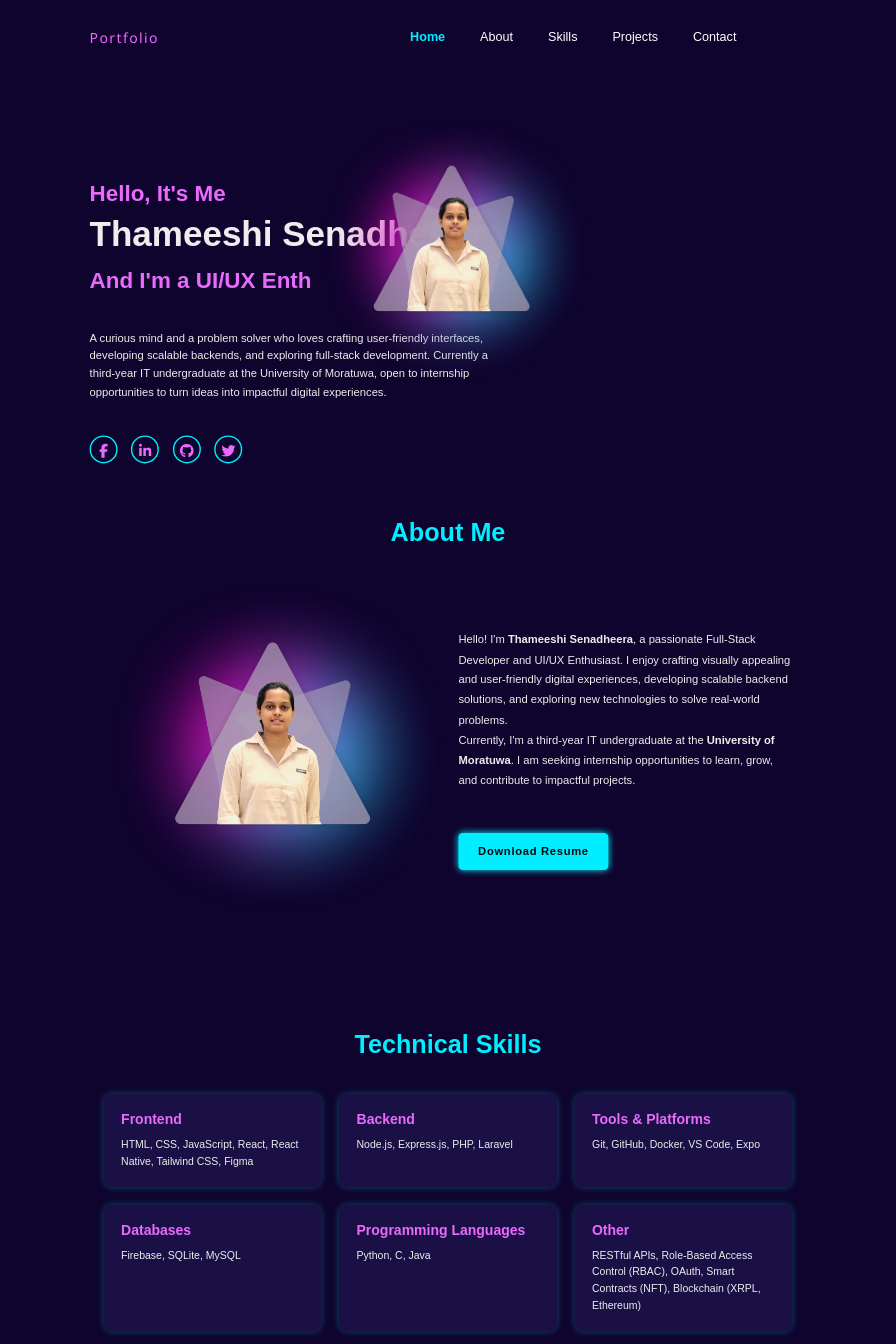
Repository: Thameeshi/portfolio-website
Page: http://localhost/
These files come from the project's save history. The page is drawn as it stood at one moment and after the next save; the edit follows.
The browser window is 1280 px wide. The pictures show the part of the page from y = 0 to 1920 px (the page is 3616 px tall), at 70% of full size.
Some web libraries are served in a nearby version. The page is served by the project's Node server (server.js).

Above is the page before, as saved 2025-09-10 11:01:38.

### public/css/style.css
/* Reset */
* {
    margin: 0;
    padding: 0;
    box-sizing: border-box;
    font-family: 'Poppins', sans-serif;
}

/* Body */
body {
    background: #0F042D;
    color: #ededed;
    scroll-behavior: smooth;
    overflow-x: hidden;
}

/* Header */
.header {
    position: fixed;
    top: 0;
    left: 0;
    width: 100%;
    padding: 40px 10%;
    display: flex;
    justify-content: space-between;
    align-items: center;
    z-index: 100;
    transition: background 0.3s ease-in-out;
}

.logo {
    font-size: 20px;
    color: #E96AFD;
    text-decoration: none;
    font-weight: 550;
    letter-spacing: 2px;
    font-family: 'Segoe UI', Tahoma, Geneva, Verdana, sans-serif;
    transition: transform 0.3s ease;
}
.logo:hover { transform: scale(1.1) rotate(-3deg); }

.navbar {
    display: flex;
    align-items: center;
    margin-right: 100px;
}
.navbar a {
    display: inline-block;
    font-size: 18px;
    color: #fff;
    text-decoration: none;
    font-weight: 500;
    margin-left: 50px;
    position: relative;
    transition: color 0.3s ease;
}
.navbar a::after {
    content: '';
    position: absolute;
    left: 0;
    bottom: -5px;
    width: 0;
    height: 2px;
    background: #0ef;
    transition: width 0.3s;
}
.navbar a:hover { color: #0ef; }
.navbar a:hover::after { width: 100%; }
.navbar a.active { color: #0ef; font-weight: 700; }

/* Home Section */
.home {
    display: flex;
    align-items: center;
    justify-content: space-between;
    padding: 50px 10%;
    height: 100vh;
    gap: 50px;
}

.home-content {
    flex: 1;
    max-width: 600px;
    animation: fadeIn 2s ease-in-out;
    margin-top: 200px;
}
.home-content h3 { font-size: 32px; font-weight: 700; color: #E96AFD; margin-bottom: 10px; animation: slideInLeft 1s ease; }
.home-content h1 { font-size: 50px; font-weight: 800; margin-bottom: 20px; animation: slideInRight 1.2s ease; }
.home-content p { line-height: 1.6; font-size: 16px; margin-bottom: 25px; margin-top:50px;animation: fadeInUp 1.5s ease; }

.btn-box {
    display: inline-block;
    padding: 12px 28px;
    background: #0ef;
    border-radius: 6px;
    font-size: 16px;
    color: #0a0a0a;
    font-weight: 600;
    letter-spacing: 1px;
    text-decoration: none;
    transition: 0.3s;
    box-shadow: 0 0 10px #0ef;
}
.btn-box:hover {
    background: #0c9;
    box-shadow: 0 0 20px #0ef, 0 0 40px #0ef;
    transform: scale(1.05);
}

/* Social Links */
.home-sci { margin-top: 50px; }
.home-sci a {
    display: inline-block;
    width: 40px;
    height: 40px;
    border: 2px solid #0ef;
    border-radius: 50%;
    font-size: 20px;
    color: #E96AFD;
    text-align: center;
    line-height: 40px;
    margin-right: 15px;
    transition: 0.4s;
}
.home-sci a:hover {
    background: #E96AFD;
    color: #0a0a0a;
    box-shadow: 0 0 20px #E96AFD;
}

/* Image next to home-content */
.image {
    flex: 1;
    max-width: 400px;
    animation: float 3s ease-in-out infinite;
}
.image img {
    width: 200%;
    height: auto;
    margin-left: -300px;
}

/* Float animation */
@keyframes float {
    0%, 100% { transform: translateY(0); }
    50% { transform: translateY(-10px); }
}

/* About Section */
.about {
    padding: 70px 10%;
    color: #ededed;
    margin-top: -100px;
}
.about h2 { font-size: 36px; font-weight: 700; color: #0ef; margin-bottom: 40px; text-align: center; margin-top: 100px; }

.download { margin-top: 40px; }

.about-content {
    display: flex;
    align-items: center;
    justify-content: space-between;
    flex-wrap: wrap;
    gap: 30px;
    flex-direction: row-reverse;
}
.container { max-width: 1200px; margin: 0 auto; padding: 0 20px; margin-top: -50px; }
.about-text { flex: 1; min-width: 300px; font-size: 16px; line-height: 1.8; }
.about-text .btn-box { margin-top: 20px; }
.about-image { flex: 1; min-width: 400px; text-align: center; }
.about-image img { max-width: 500px; border-radius: 10px; }

/* Skills Section */
.skills {
    padding: 80px 10%;
    margin-top: 50px;
}
.skills h2 {
    font-size: 36px;
    font-weight: 700;
    color: #0ef;
    margin-bottom: 50px;
    text-align: center;
}
.skills-grid {
    display: grid;
    grid-template-columns: repeat(auto-fit, minmax(250px, 1fr));
    gap: 25px;
}
.skill-card {
    background: #1b1045;
    padding: 25px;
    border-radius: 12px;
    box-shadow: 0 0 10px rgba(14, 239, 255, 0.3);
    transition: transform 0.3s ease, box-shadow 0.3s ease;
}
.skill-card:hover {
    transform: translateY(-8px);
    box-shadow: 0 0 20px #0ef;
}
.skill-card h3 {
    font-size: 20px;
    color: #E96AFD;
    margin-bottom: 12px;
}
.skill-card p {
    font-size: 15px;
    line-height: 1.6;
    color: #ededed;
}

/* Projects Section */
.projects {
    padding: 80px 10%;
    margin-top: 50px;
}

.projects h2 {
    font-size: 36px;
    font-weight: 700;
    color: #0ef;
    margin-bottom: 50px;
    text-align: center;
}

.project-showcase {
    display: flex;
    justify-content: center;
    max-width: 1000px;
    margin: 0 auto;
}

.project-card {
    background: #1b1045;
    border-radius: 20px;
    overflow: hidden;
    box-shadow: 0 0 30px rgba(14, 239, 255, 0.2);
    transition: transform 0.3s ease, box-shadow 0.3s ease;
    width: 100%;
    display: flex;
    min-height: 500px;
}

.project-card:hover {
    transform: translateY(-5px);
    box-shadow: 0 0 40px rgba(14, 239, 255, 0.4);
}

.project-image-container {
    position: relative;
    flex: 1;
    overflow: hidden;
}

.project-images {
    position: relative;
    height: 100%;
    width: 100%;
}

.project-img {
    position: absolute;
    top: 0;
    left: 0;
    width: 100%;
    height: 100%;
    object-fit: cover;
    opacity: 0;
    transition: opacity 0.5s ease-in-out;
}

.project-img.active {
    opacity: 1;
}

.image-nav {
    position: absolute;
    bottom: 20px;
    left: 50%;
    transform: translateX(-50%);
    display: flex;
    gap: 10px;
    z-index: 3;
}

.nav-dot {
    width: 12px;
    height: 12px;
    border-radius: 50%;
    border: 2px solid rgba(255, 255, 255, 0.6);
    background: transparent;
    cursor: pointer;
    transition: all 0.3s ease;
}

.nav-dot:hover,
.nav-dot.active {
    background: #0ef;
    border-color: #0ef;
    transform: scale(1.2);
}

.project-overlay {
    position: absolute;
    top: 0;
    left: 0;
    right: 0;
    bottom: 0;
    background: linear-gradient(135deg, rgba(14, 239, 255, 0.8), rgba(233, 106, 253, 0.8));
    display: flex;
    align-items: center;
    justify-content: center;
    opacity: 0;
    transition: opacity 0.3s ease;
    z-index: 2;
}

.project-card:hover .project-overlay {
    opacity: 1;
}

.project-links {
    display: flex;
    gap: 20px;
}

.project-link {
    width: 60px;
    height: 60px;
    background: rgba(255, 255, 255, 0.2);
    border-radius: 50%;
    display: flex;
    align-items: center;
    justify-content: center;
    color: #fff;
    font-size: 24px;
    text-decoration: none;
    backdrop-filter: blur(10px);
    border: 2px solid rgba(255, 255, 255, 0.3);
    transition: all 0.3s ease;
}

.project-link:hover {
    background: rgba(255, 255, 255, 0.3);
    transform: scale(1.1);
    border-color: rgba(255, 255, 255, 0.6);
}

.project-info {
    flex: 1;
    padding: 40px;
    display: flex;
    flex-direction: column;
    justify-content: center;
}

.project-info h3 {
    font-size: 28px;
    color: #E96AFD;
    margin-bottom: 20px;
    font-weight: 700;
}

.project-info p {
    font-size: 16px;
    line-height: 1.7;
    color: #ededed;
    margin-bottom: 25px;
}

.project-features {
    display: grid;
    grid-template-columns: 1fr 1fr;
    gap: 15px;
    margin-bottom: 25px;
}

.feature {
    display: flex;
    align-items: center;
    gap: 8px;
    font-size: 14px;
    color: #ededed;
}

.feature i {
    color: #0ef;
    font-size: 16px;
}

.project-tech {
    display: flex;
    flex-wrap: wrap;
    gap: 10px;
}

.project-tech span {
    background: linear-gradient(135deg, #0ef, #E96AFD);
    color: #0a0a0a;
    padding: 8px 16px;
    border-radius: 25px;
    font-size: 13px;
    font-weight: 600;
    letter-spacing: 0.5px;
}

/* Responsive */
@media (max-width: 768px) {
    .projects {
        padding: 60px 5%;
    }

    .project-card {
        flex-direction: column;
        min-height: auto;
    }

    .project-image-container {
        height: 300px;
    }

    .project-info {
        padding: 30px 25px;
    }

    .project-info h3 {
        font-size: 24px;
    }

    .project-info p {
        font-size: 15px;
    }

    .project-features {
        grid-template-columns: 1fr;
        gap: 10px;
    }

    .project-links {
        gap: 15px;
    }

    .project-link {
        width: 50px;
        height: 50px;
        font-size: 20px;
    }
}

/* Add these styles to your existing stylesheet.css file */

/* Contact Section */
.contact {
    padding: 80px 10%;
    margin-top: 50px;
}

.contact h2 {
    font-size: 36px;
    font-weight: 700;
    color: #0ef;
    margin-bottom: 20px;
    text-align: center;
}

.contact > p {
    text-align: center;
    font-size: 18px;
    color: #ededed;
    margin-bottom: 50px;
    opacity: 0.8;
}

.contact-content {
    display: grid;
    grid-template-columns: 1fr 1fr;
    gap: 60px;
    max-width: 1200px;
    margin: 0 auto;
    align-items: start;
}

.contact-info {
    display: flex;
    flex-direction: column;
    gap: 30px;
}

.contact-item {
    background: #1b1045;
    padding: 25px;
    border-radius: 15px;
    text-align: center;
    transition: transform 0.3s ease, box-shadow 0.3s ease;
    border: 1px solid rgba(14, 239, 255, 0.1);
}

.contact-item:hover {
    transform: translateY(-5px);
    box-shadow: 0 10px 30px rgba(14, 239, 255, 0.2);
}

.contact-item i {
    font-size: 28px;
    color: #0ef;
    margin-bottom: 15px;
}

.contact-item h3 {
    font-size: 20px;
    color: #E96AFD;
    margin-bottom: 10px;
    font-weight: 600;
}

.contact-item p {
    color: #ededed;
    font-size: 16px;
}

.contact-form {
    background: #1b1045;
    padding: 40px;
    border-radius: 20px;
    box-shadow: 0 0 20px rgba(14, 239, 255, 0.1);
    border: 1px solid rgba(14, 239, 255, 0.1);
}

.form-group {
    margin-bottom: 25px;
}

.form-group input,
.form-group textarea {
    width: 100%;
    padding: 15px 20px;
    background: rgba(15, 4, 45, 0.8);
    border: 2px solid rgba(14, 239, 255, 0.2);
    border-radius: 10px;
    color: #ededed;
    font-size: 16px;
    font-family: 'Poppins', sans-serif;
    transition: all 0.3s ease;
    resize: vertical;
}

.form-group input:focus,
.form-group textarea:focus {
    outline: none;
    border-color: #0ef;
    box-shadow: 0 0 0 3px rgba(14, 239, 255, 0.1);
    transform: translateY(-2px);
}

.form-group input::placeholder,
.form-group textarea::placeholder {
    color: rgba(237, 237, 237, 0.6);
}

.form-group textarea {
    min-height: 120px;
    max-height: 200px;
}

.contact-form .btn-box {
    width: 100%;
    padding: 15px;
    font-size: 18px;
    margin-top: 10px;
    position: relative;
    overflow: hidden;
}

.contact-form .btn-box:hover {
    transform: translateY(-2px);
}

.contact-form .btn-box:active {
    transform: translateY(0);
}

/* Footer */
.footer {
    background: #1b1045;
    padding: 30px 10%;
    text-align: center;
    margin-top: 50px;
    border-top: 1px solid rgba(14, 239, 255, 0.1);
}

.footer p {
    color: #ededed;
    font-size: 14px;
    opacity: 0.8;
}

/* Enhanced responsive design */
@media (max-width: 768px) {
    .contact {
        padding: 60px 5%;
    }

    .contact-content {
        grid-template-columns: 1fr;
        gap: 40px;
    }

    .contact-form {
        padding: 25px 20px;
    }

    .form-group input,
    .form-group textarea {
        padding: 12px 15px;
        font-size: 14px;
    }

    .contact h2 {
        font-size: 28px;
    }

    .contact > p {
        font-size: 16px;
    }

    .contact-item {
        padding: 20px;
    }

    .contact-item i {
        font-size: 24px;
    }

    .contact-item h3 {
        font-size: 18px;
    }
}

@media (max-width: 480px) {
    .contact-form {
        padding: 20px 15px;
    }

    .form-group {
        margin-bottom: 20px;
    }

    .contact-info {
        gap: 20px;
    }

    .contact-item {
        padding: 15px;
    }
}

/* Additional animations */
@keyframes slideInLeft {
    from {
        transform: translateX(-50px);
        opacity: 0;
    }
    to {
        transform: translateX(0);
        opacity: 1;
    }
}

@keyframes slideInRight {
    from {
        transform: translateX(50px);
        opacity: 0;
    }
    to {
        transform: translateX(0);
        opacity: 1;
    }
}

/* Performance optimizations */
* {
    box-sizing: border-box;
}

img {
    max-width: 100%;
    height: auto;
}

/* Smooth transitions for better UX */
a, button {
    transition: all 0.3s ease;
}

/* Focus styles for accessibility */
a:focus,
button:focus,
input:focus,
textarea:focus {
    outline: 2px solid #0ef;
    outline-offset: 2px;
}

/* High contrast mode support */
@media (prefers-contrast: high) {
    .skill-card,
    .project-card,
    .contact-item,
    .contact-form {
        border: 2px solid #0ef;
    }
}

/* Reduced motion support */
@media (prefers-reduced-motion: reduce) {
    *,
    *::before,
    *::after {
        animation-duration: 0.01ms !important;
        animation-iteration-count: 1 !important;
        transition-duration: 0.01ms !important;
    }
}

/* Print styles */
@media print {
    .header,
    .contact-form,
    .project-overlay,
    .hamburger {
        display: none !important;
    }

    body {
        background: white !important;
        color: black !important;
    }

    .home,
    .about,
    .skills,
    .projects {
        page-break-inside: avoid;
        margin-bottom: 20px;
    }
}

/* Keyframe Animations */
@keyframes fadeIn { from { opacity: 0; } to { opacity: 1; } }
@keyframes slideInLeft { from { transform: translateX(-50px); opacity: 0; } to { transform: translateX(0); opacity: 1; } }
@keyframes slideInRight { from { transform: translateX(50px); opacity: 0; } to { transform: translateX(0); opacity: 1; } }
@keyframes fadeInUp { from { transform: translateY(30px); opacity: 0; } to { transform: translateY(0); opacity: 1; } }

/* Responsive */
@media (max-width: 768px) {
    .home {
        flex-direction: column;
        text-align: center;
        padding: 100px 5% 0;
        gap: 30px;
    }
    .home-content h1 { font-size: 36px; }
    .home-content h3 { font-size: 24px; }
    .image { max-width: 200px; margin-top: 20px; }
    .about-content { flex-direction: column; text-align: center; }
    .about-image img { max-width: 200px; margin-top: 20px; }
    .navbar a { margin-left: 20px; font-size: 16px; }
    .header { padding: 15px 5%; }
}

Loaded but not shown: public/js/main.js (628 lines, source omitted); server.js (274 lines, source omitted); views/index.ejs (352 lines, source omitted)

After the next save:
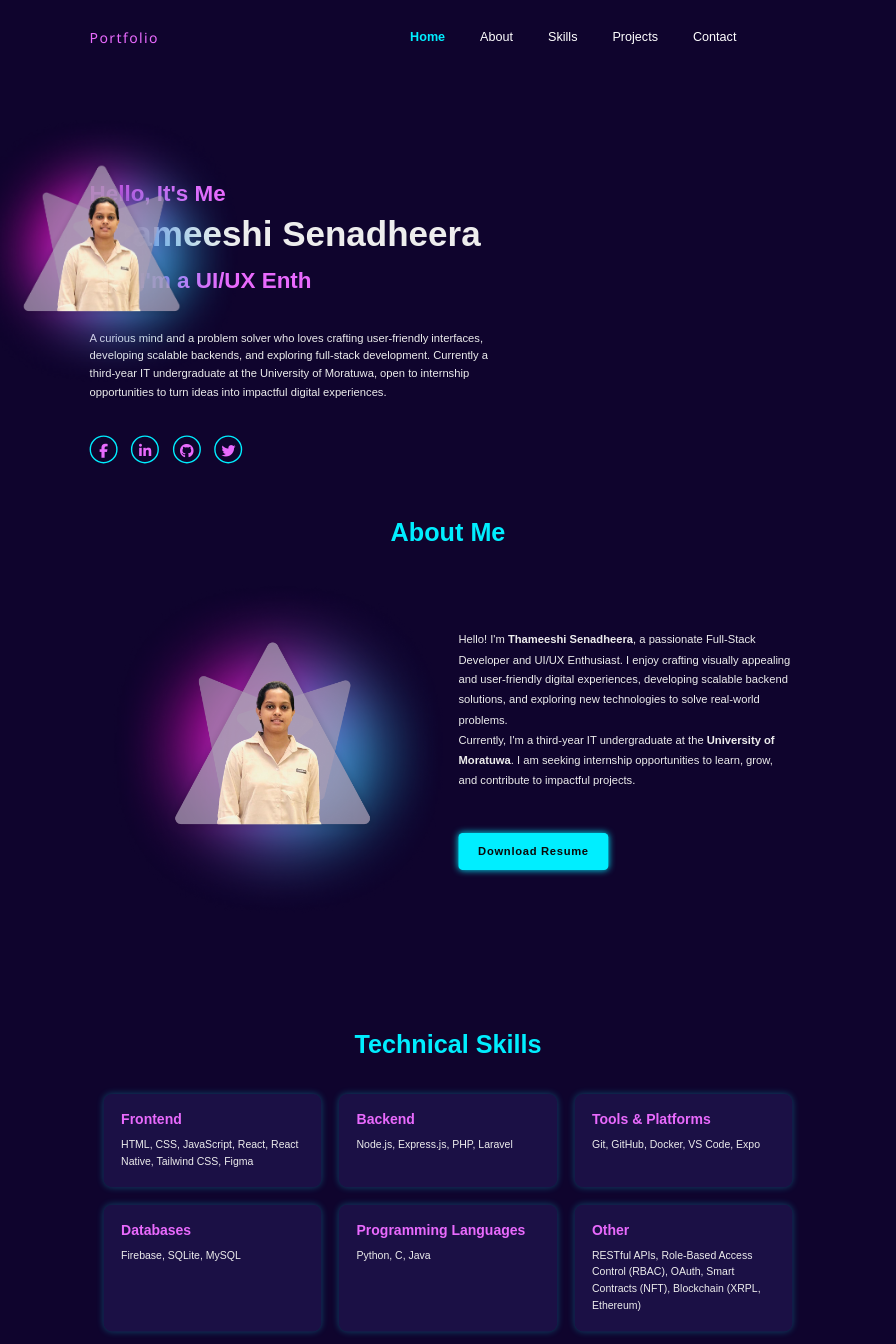
Saved 66 s later.
--- a/public/css/style.css
+++ b/public/css/style.css
@@ -137,7 +137,7 @@ body {
 .image img {
     width: 200%;
     height: auto;
-    margin-left: -300px;
+    margin-left: -800px;
 }
 
 /* Float animation */
